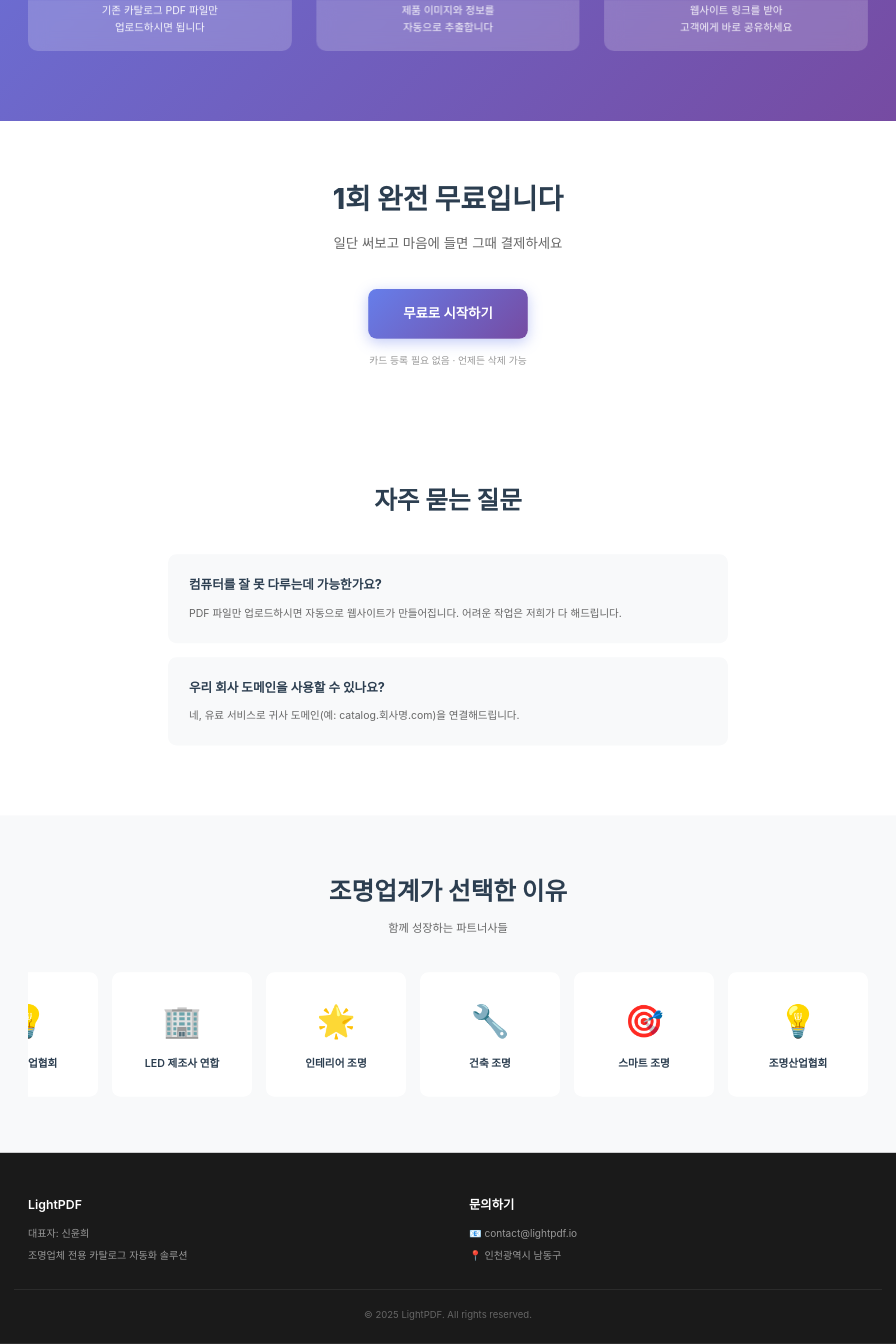
Repository: ororso11/catamaster
Page: frontend/public/index.html
An editor plug-in stored every save of this project. The page is shown before and after the next save, followed by the edit.
The browser window is 1280 px wide. The pictures show the part of the page from y = 897 to 2817 px (the page is 2817 px tall before and 2335 px after), at 70% of full size.

Above is the page before, as saved 2025-10-05 19:46:01.

### frontend/public/index.html
<!DOCTYPE html>
<html lang="ko">
<head>
    <meta charset="UTF-8">
    <meta name="viewport" content="width=device-width, initial-scale=1.0">
    <title>LightPDF - 조명업체 전용 카탈로그 자동 웹사이트</title>
    <link rel="stylesheet" href="style.css">
</head>
<body>
    <header>
        <div class="header-container">
            <div class="logo">
                <div class="logo-icon">L</div>
                <span>LightPDF</span>
            </div>
        </div>
    </header>

    <section class="hero">
        <div class="hero-content">
            <h1>PDF 카탈로그를<br>웹사이트로 만들어드립니다</h1>
            <!-- <p class="subtitle">조명업체를 위한 가장 쉬운 디지털 전환</p> -->
            <p class="hero-desc">1회 무료로 경험해보세요. 마음에 드시면 그때 결제하세요.</p>
            <a href="dashboard.html" class="cta-button">지금 무료로 시작하기</a>

            <div class="process-container">
                <div class="process-card">
                    <div class="card-inner card-1">
                        <svg viewBox="0 0 300 180" xmlns="http://www.w3.org/2000/svg">
                            <rect fill="#fafafa" width="300" height="180"/>
                            <rect x="30" y="30" width="240" height="100" rx="8" fill="white" stroke="#ddd" stroke-width="2" stroke-dasharray="6,3"/>
                            <text class="upload-icon" x="150" y="80" text-anchor="middle" font-size="35">📄</text>
                            <text x="150" y="105" text-anchor="middle" fill="#666" font-size="11">PDF 업로드</text>
                            <rect x="120" y="115" width="60" height="20" rx="4" fill="#2196F3"/>
                            <text x="150" y="130" text-anchor="middle" fill="white" font-size="10">파일 선택</text>
                        </svg>
                    </div>
                    <div class="card-description">
                        <h3>1. PDF 올리기</h3>
                        <p>기존 카탈로그 PDF 파일만<br>업로드하시면 됩니다</p>
                    </div>
                </div>

                <div class="process-card">
                    <div class="card-inner card-2">
                        <svg viewBox="0 0 300 180" xmlns="http://www.w3.org/2000/svg">
                            <rect fill="#f5f5f5" width="300" height="180"/>
                            <rect x="30" y="40" width="240" height="45" rx="6" fill="white" stroke="#ddd"/>
                            <rect x="40" y="48" width="28" height="28" rx="3" fill="#e0e0e0"/>
                            <text x="75" y="60" fill="#333" font-size="11">조명카탈로그.pdf</text>
                            <text x="75" y="73" fill="#999" font-size="8">0.31 MB · 자동 변환중</text>
                            <rect x="40" y="105" width="220" height="5" rx="2.5" fill="#e0e0e0"/>
                            <rect class="progress-bar" x="40" y="105" width="0" height="5" rx="2.5" fill="#4CAF50"/>
                            <text class="processing-text" x="150" y="125" text-anchor="middle" fill="#4CAF50" font-size="9">자동 변환 중...</text>
                        </svg>
                    </div>
                    <div class="card-description">
                        <h3>2. 자동 변환</h3>
                        <p>제품 이미지와 정보를<br>자동으로 추출합니다</p>
                    </div>
                </div>

                <div class="process-card">
                    <div class="card-inner card-3">
                        <svg viewBox="0 0 300 180" xmlns="http://www.w3.org/2000/svg">
                            <rect fill="#222" width="300" height="28"/>
                            <text x="150" y="19" text-anchor="middle" fill="white" font-size="11">귀사 조명 카탈로그</text>
                            <rect x="8" y="28" width="284" height="144" fill="#fff"/>
                            <text x="150" y="52" text-anchor="middle" fill="#333" font-size="13" font-weight="bold">제품 목록</text>

                            <g class="product-1">
                                <rect x="25" y="65" width="60" height="85" rx="3" fill="#f5f5f5"/>
                                <rect x="25" y="65" width="60" height="55" rx="3" fill="#e0e0e0"/>
                                <text x="55" y="135" text-anchor="middle" fill="#666" font-size="8">LED 직부등</text>
                            </g>

                            <g class="product-2">
                                <rect x="95" y="65" width="60" height="85" rx="3" fill="#f5f5f5"/>
                                <rect x="95" y="65" width="60" height="55" rx="3" fill="#e0e0e0"/>
                                <text x="125" y="135" text-anchor="middle" fill="#666" font-size="8">매입등</text>
                            </g>

                            <g class="product-3">
                                <rect x="165" y="65" width="60" height="85" rx="3" fill="#f5f5f5"/>
                                <rect x="165" y="65" width="60" height="55" rx="3" fill="#e0e0e0"/>
                                <text x="195" y="135" text-anchor="middle" fill="#666" font-size="8">트랙조명</text>
                            </g>

                            <g class="checkmark">
                                <circle cx="270" cy="50" r="12" fill="#4CAF50"/>
                                <path d="M 265 50 L 268 53 L 275 46" stroke="white" stroke-width="1.5" fill="none"/>
                            </g>
                        </svg>
                    </div>
                    <div class="card-description">
                        <h3>3. 링크 전달</h3>
                        <p>웹사이트 링크를 받아<br>고객에게 바로 공유하세요</p>
                    </div>
                </div>
            </div>
        </div>
    </section>

    <!-- 무료 체험 강조 섹션 -->
    <section class="free-trial">
        <div class="trial-container">
            <div class="trial-content">
                <h2>1회 완전 무료입니다</h2>
                <p class="trial-subtitle">일단 써보고 마음에 들면 그때 결제하세요</p>
                <a href="dashboard.html" class="trial-btn">무료로 시작하기</a>
                <p class="trial-note">카드 등록 필요 없음 · 언제든 삭제 가능</p>
            </div>
        </div>
    </section>

    <!-- FAQ -->
    <section class="faq">
        <div class="faq-container">
            <h2 class="section-title">자주 묻는 질문</h2>

            <div class="faq-list">

                <div class="faq-item">
                    <h4>컴퓨터를 잘 못 다루는데 가능한가요?</h4>
                    <p>PDF 파일만 업로드하시면 자동으로 웹사이트가 만들어집니다. 어려운 작업은 저희가 다 해드립니다.</p>
                </div>

                <div class="faq-item">
                    <h4>우리 회사 도메인을 사용할 수 있나요?</h4>
                    <p>네, 유료 서비스로 귀사 도메인(예: catalog.회사명.com)을 연결해드립니다.</p>
                </div>
            </div>
        </div>
    </section>

    <section class="partners">
        <h2 class="section-title">조명업계가 선택한 이유</h2>
        <p class="section-subtitle">함께 성장하는 파트너사들</p>

        <div class="partners-slider">
            <div class="partners-track">
                <div class="partner-card"><div class="partner-logo">💡</div><div class="partner-name">조명산업협회</div></div>
                <div class="partner-card"><div class="partner-logo">🏢</div><div class="partner-name">LED 제조사 연합</div></div>
                <div class="partner-card"><div class="partner-logo">🌟</div><div class="partner-name">인테리어 조명</div></div>
                <div class="partner-card"><div class="partner-logo">🔧</div><div class="partner-name">건축 조명</div></div>
                <div class="partner-card"><div class="partner-logo">🎯</div><div class="partner-name">스마트 조명</div></div>
                <div class="partner-card"><div class="partner-logo">💡</div><div class="partner-name">조명산업협회</div></div>
                <div class="partner-card"><div class="partner-logo">🏢</div><div class="partner-name">LED 제조사 연합</div></div>
                <div class="partner-card"><div class="partner-logo">🌟</div><div class="partner-name">인테리어 조명</div></div>
            </div>
        </div>
    </section>

    <footer>
        <div class="footer-content">
            <div class="footer-section">
                <h3>LightPDF</h3>
                <p>대표자: 신윤희</p>
                <p>조명업체 전용 카탈로그 자동화 솔루션</p>
            </div>
            <div class="footer-section">
                <h3>문의하기</h3>
                <p>📧 contact@lightpdf.io</p>
                <p>📍 인천광역시 남동구</p>
            </div>
        </div>
        <div class="footer-bottom">
            <p>&copy; 2025 LightPDF. All rights reserved.</p>
        </div>
    </footer>
</body>
</html>

### frontend/public/style.css
* {
    margin: 0;
    padding: 0;
    box-sizing: border-box;
}

body {
    font-family: -apple-system, BlinkMacSystemFont, 'Segoe UI', 'Malgun Gothic', sans-serif;
    color: #333;
    line-height: 1.6;
    overflow-x: hidden;
}

/* Header */
header {
    background: white;
    padding: 20px 0;
    box-shadow: 0 2px 5px rgba(0,0,0,0.05);
    position: sticky;
    top: 0;
    z-index: 100;
}

.header-container {
    max-width: 1200px;
    margin: 0 auto;
    padding: 0 20px;
}

.logo {
    display: flex;
    align-items: center;
    gap: 10px;
    font-size: 1.3rem;
    font-weight: 700;
    color: #000;
}

.logo-icon {
    width: 40px;
    height: 40px;
    background: linear-gradient(135deg, #667eea, #764ba2);
    border-radius: 8px;
    display: flex;
    align-items: center;
    justify-content: center;
    color: white;
    font-size: 1.3rem;
}

/* Hero */
.hero {
    background: linear-gradient(135deg, #667eea 0%, #764ba2 100%);
    padding: 80px 20px 100px;
    text-align: center;
}

.hero-content {
    max-width: 1200px;
    margin: 0 auto;
}

.hero h1 {
    font-size: 3rem;
    font-weight: 800;
    margin-bottom: 15px;
    color: white;
    line-height: 1.3;
}

.subtitle {
    font-size: 1.4rem;
    color: rgba(255, 255, 255, 0.95);
    margin-bottom: 15px;
    font-weight: 600;
}

.hero-desc {
    font-size: 1.1rem;
    color: rgba(255, 255, 255, 0.9);
    margin-bottom: 35px;
}

.cta-button {
    display: inline-block;
    padding: 18px 45px;
    background: white;
    color: #667eea;
    text-decoration: none;
    border-radius: 10px;
    font-weight: 700;
    font-size: 1.1rem;
    transition: all 0.3s;
    box-shadow: 0 5px 20px rgba(0, 0, 0, 0.2);
    margin-bottom: 60px;
}

.cta-button:hover {
    transform: translateY(-3px);
    box-shadow: 0 8px 25px rgba(0, 0, 0, 0.3);
}

/* 프로세스 */
.process-container {
    margin-top: 70px;
    display: grid;
    grid-template-columns: repeat(3, 1fr);
    gap: 35px;
    max-width: 1200px;
    margin-left: auto;
    margin-right: auto;
}

.process-card {
    text-align: center;
}

.card-inner {
    background: white;
    border-radius: 16px;
    padding: 25px;
    box-shadow: 0 10px 40px rgba(0, 0, 0, 0.2);
    margin-bottom: 20px;
    transition: all 0.4s cubic-bezier(0.175, 0.885, 0.32, 1.275);
}

.card-1 {
    border: 3px solid #2196F3;
}

.card-2 {
    border: 3px solid #4CAF50;
}

.card-3 {
    border: 3px solid #FF9800;
}

.card-inner:hover {
    transform: translateY(-12px) scale(1.03);
    box-shadow: 0 20px 60px rgba(0, 0, 0, 0.3);
}

.card-inner svg {
    width: 100%;
    height: auto;
}

.card-description {
    background: rgba(255, 255, 255, 0.2);
    border-radius: 14px;
    padding: 22px;
    backdrop-filter: blur(12px);
}

.card-description h3 {
    color: white;
    font-size: 22px;
    font-weight: 800;
    margin-bottom: 10px;
}

.card-description p {
    color: rgba(255, 255, 255, 0.95);
    font-size: 15px;
    line-height: 1.6;
}

/* 애니메이션 */
.card-1:hover .upload-icon {
    animation: bounce 1s ease-in-out infinite;
}

@keyframes bounce {
    0%, 100% { transform: translateY(0); }
    50% { transform: translateY(-10px); }
}

.progress-bar {
    animation: fillProgress 2.5s ease-in-out infinite;
}

@keyframes fillProgress {
    0% { width: 0; }
    50% { width: 220px; }
    100% { width: 0; }
}

.processing-text {
    animation: blink 1.5s ease-in-out infinite;
}

@keyframes blink {
    0%, 100% { opacity: 0.3; }
    50% { opacity: 1; }
}

.product-1, .product-2, .product-3 {
    opacity: 0;
    animation: fadeIn 3s ease-in-out infinite;
}

.product-1 {
    animation-delay: 0s;
}

.product-2 {
    animation-delay: 0.4s;
}

.product-3 {
    animation-delay: 0.8s;
}

.checkmark {
    opacity: 0;
    animation: fadeIn 3s ease-in-out infinite;
    animation-delay: 1.5s;
}

@keyframes fadeIn {
    0%, 100% { opacity: 0; }
    30%, 70% { opacity: 1; }
}

/* 무료 체험 섹션 */
.free-trial {
    padding: 80px 20px;
    background: white;
}

.trial-container {
    max-width: 900px;
    margin: 0 auto;
    text-align: center;
}

.trial-content h2 {
    font-size: 2.5rem;
    font-weight: 800;
    color: #2c3e50;
    margin-bottom: 15px;
}

.trial-subtitle {
    font-size: 1.2rem;
    color: #666;
    margin-bottom: 50px;
}

.trial-features {
    display: grid;
    grid-template-columns: repeat(3, 1fr);
    gap: 30px;
    margin-bottom: 50px;
    text-align: left;
}

.trial-feature {
    display: flex;
    gap: 15px;
}

.trial-icon {
    font-size: 32px;
    color: #4CAF50;
    flex-shrink: 0;
}

.trial-text h4 {
    font-size: 18px;
    font-weight: 700;
    color: #2c3e50;
    margin-bottom: 5px;
}

.trial-text p {
    font-size: 14px;
    color: #666;
}

.trial-btn {
    display: inline-block;
    padding: 20px 50px;
    background: linear-gradient(135deg, #667eea, #764ba2);
    color: white;
    text-decoration: none;
    border-radius: 12px;
    font-weight: 700;
    font-size: 1.2rem;
    transition: all 0.3s;
    box-shadow: 0 5px 20px rgba(102, 126, 234, 0.4);
}

.trial-btn:hover {
    transform: translateY(-3px);
    box-shadow: 0 8px 30px rgba(102, 126, 234, 0.5);
}

.trial-note {
    margin-top: 20px;
    font-size: 14px;
    color: #999;
}

/* 유료 서비스 */
.paid-services {
    padding: 80px 20px;
    background: #f8f9fa;
}

.services-container {
    max-width: 1200px;
    margin: 0 auto;
}

.section-title {
    text-align: center;
    font-size: 2.2rem;
    color: #2c3e50;
    margin-bottom: 12px;
    font-weight: 700;
}

.section-subtitle {
    text-align: center;
    color: #666;
    margin-bottom: 50px;
    font-size: 1rem;
}

.services-grid {
    display: grid;
    grid-template-columns: repeat(4, 1fr);
    gap: 25px;
    margin-bottom: 60px;
}

.service-card {
    background: white;
    padding: 35px 25px;
    border-radius: 12px;
    text-align: center;
    box-shadow: 0 3px 15px rgba(0,0,0,0.08);
    transition: all 0.3s;
}

.service-card:hover {
    transform: translateY(-5px);
    box-shadow: 0 8px 25px rgba(0,0,0,0.12);
}

.service-icon {
    font-size: 48px;
    margin-bottom: 20px;
}

.service-card h3 {
    font-size: 18px;
    font-weight: 700;
    color: #2c3e50;
    margin-bottom: 12px;
}

.service-card p {
    font-size: 14px;
    color: #666;
    margin-bottom: 20px;
    line-height: 1.5;
}

.service-price {
    font-size: 20px;
    font-weight: 700;
    color: #667eea;
}

/* 패키지 */
.package-offer {
    max-width: 700px;
    margin: 0 auto;
}

.package-card {
    background: linear-gradient(135deg, #667eea, #764ba2);
    padding: 50px;
    border-radius: 16px;
    text-align: center;
    color: white;
    position: relative;
    box-shadow: 0 10px 40px rgba(102, 126, 234, 0.3);
}

.package-badge {
    position: absolute;
    top: -15px;
    left: 50%;
    transform: translateX(-50%);
    background: #FF9800;
    padding: 8px 24px;
    border-radius: 20px;
    font-weight: 700;
    font-size: 14px;
}

.package-card h3 {
    font-size: 28px;
    font-weight: 800;
    margin-bottom: 15px;
}

.package-card p {
    font-size: 16px;
    margin-bottom: 30px;
    opacity: 0.95;
}

.package-price {
    margin-bottom: 30px;
}

.price-main {
    display: block;
    font-size: 42px;
    font-weight: 800;
    margin-bottom: 8px;
}

.price-sub {
    font-size: 16px;
    opacity: 0.9;
}

.package-btn {
    display: inline-block;
    padding: 16px 40px;
    background: white;
    color: #667eea;
    text-decoration: none;
    border-radius: 10px;
    font-weight: 700;
    font-size: 16px;
    transition: all 0.3s;
}

.package-btn:hover {
    transform: translateY(-2px);
    box-shadow: 0 5px 20px rgba(255,255,255,0.3);
}

/* FAQ */
.faq {
    padding: 80px 20px;
    background: white;
}

.faq-container {
    max-width: 800px;
    margin: 0 auto;
}

.faq-list {
    margin-top: 50px;
}

.faq-item {
    background: #f8f9fa;
    padding: 30px;
    border-radius: 12px;
    margin-bottom: 20px;
}

.faq-item h4 {
    font-size: 18px;
    font-weight: 700;
    color: #2c3e50;
    margin-bottom: 12px;
}

.faq-item p {
    font-size: 15px;
    color: #666;
    line-height: 1.7;
}

/* Partners */
.partners {
    padding: 80px 20px;
    background: #f8f9fa;
    overflow: hidden;
}

.partners-slider {
    max-width: 1200px;
    margin: 0 auto;
    overflow: hidden;
}

.partners-track {
    display: flex;
    gap: 20px;
    animation: scroll 30s linear infinite;
}

@keyframes scroll {
    0% { transform: translateX(0); }
    100% { transform: translateX(-50%); }
}

.partner-card {
    min-width: 200px;
    background: white;
    padding: 35px 20px;
    border-radius: 12px;
    text-align: center;
    flex-shrink: 0;
}

.partner-logo {
    font-size: 2.8rem;
    margin-bottom: 12px;
}

.partner-name {
    font-weight: 600;
    color: #2c3e50;
    font-size: 0.95rem;
}

/* Footer */
footer {
    background: #1a1a1a;
    color: #999;
    padding: 60px 20px 30px;
}

.footer-content {
    max-width: 1200px;
    margin: 0 auto;
    display: grid;
    grid-template-columns: repeat(2, 1fr);
    gap: 60px;
    margin-bottom: 30px;
}

.footer-section h3 {
    margin-bottom: 15px;
    font-size: 1.1rem;
    color: white;
    font-weight: 600;
}

.footer-section p {
    color: #999;
    font-size: 0.9rem;
    margin-bottom: 8px;
}

.footer-bottom {
    text-align: center;
    padding-top: 25px;
    border-top: 1px solid #333;
    color: #666;
    font-size: 0.85rem;
}

/* 반응형 */
@media (max-width: 768px) {
    .hero h1 {
        font-size: 2rem;
    }

    .process-container {
        grid-template-columns: 1fr;
        gap: 40px;
    }

    .trial-features {
        grid-template-columns: 1fr;
    }

    .services-grid {
        grid-template-columns: 1fr;
    }

    .footer-content {
        grid-template-columns: 1fr;
    }
}

After the next save:
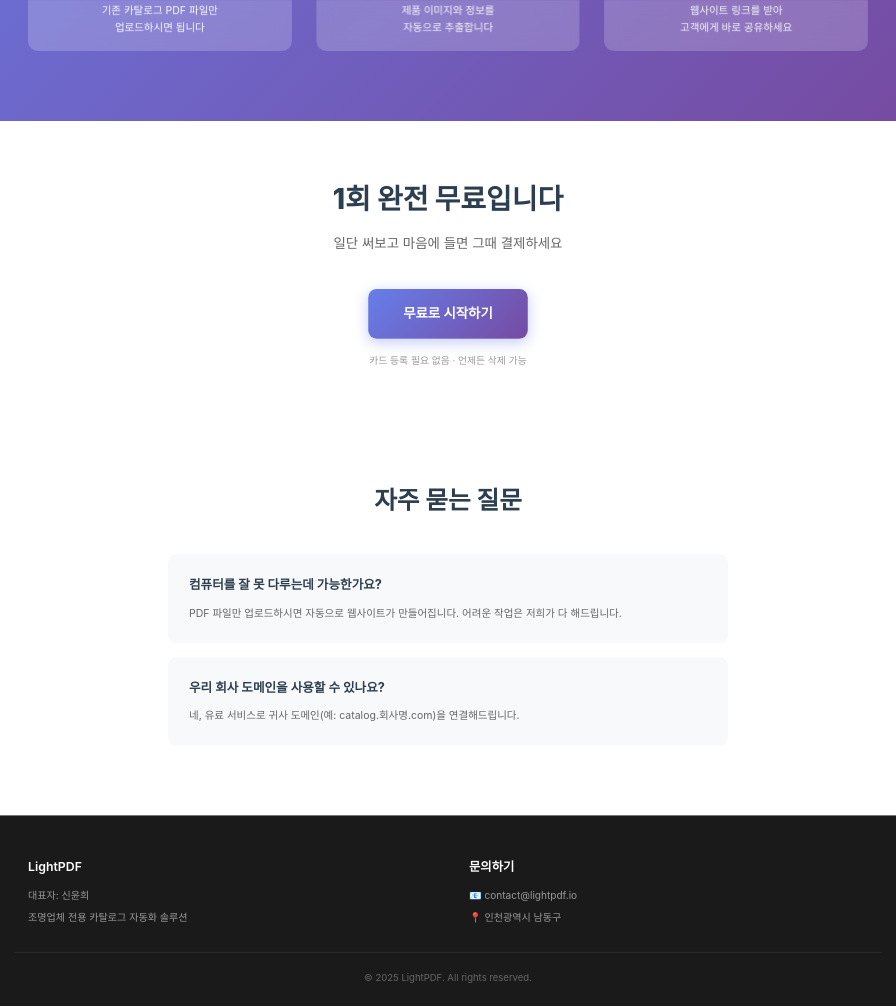
Saved 4 min 43 s later.
--- a/frontend/public/index.html
+++ b/frontend/public/index.html
@@ -133,7 +133,7 @@
         </div>
     </section>
 
-    <section class="partners">
+    <!-- <section class="partners">
         <h2 class="section-title">조명업계가 선택한 이유</h2>
         <p class="section-subtitle">함께 성장하는 파트너사들</p>
 
@@ -149,7 +149,7 @@
                 <div class="partner-card"><div class="partner-logo">🌟</div><div class="partner-name">인테리어 조명</div></div>
             </div>
         </div>
-    </section>
+    </section> -->
 
     <footer>
         <div class="footer-content">
